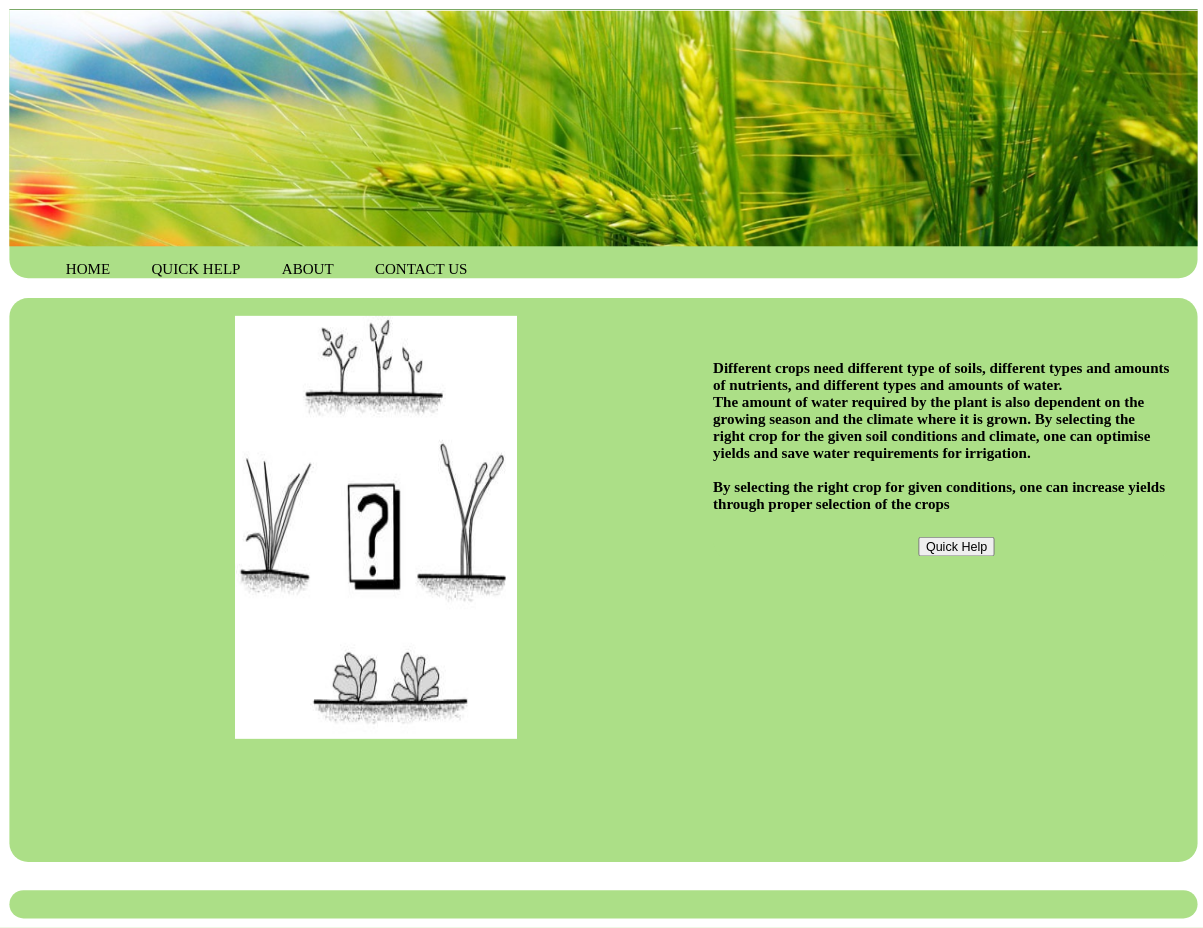
Repository: shivamtyagi1234/FarmoFriend
Page: http://localhost/FarmoFriend/
These files come from the project's save history. The page is drawn as it stood at one moment and after the next save; the edit follows.
The browser window is 1280 px wide. The pictures show the whole page, at 94% of full size.
The page is served by Tomcat 9. Other server files are loaded and not shown.

Above is the page before, as saved 2019-11-03 07:25:25.

### FarmoFriend/WebContent/home.jsp
<%@ page language="java" contentType="text/html; charset=ISO-8859-1"
    pageEncoding="ISO-8859-1"%>
<!DOCTYPE html PUBLIC "-//W3C//DTD HTML 4.01 Transitional//EN" "http://www.w3.org/TR/html4/loose.dtd">
<html>
<head>
<meta http-equiv="Content-Type" content="text/html; charset=ISO-8859-1">
<title>home</title>

<style type="text/css">
#main
{
width: 100%;
height: 100%;
border: 2px solid white;
}
#homeHead
{
background-color: #ACDF87;
border-radius:0px 0px 20px 20px;
}
#blank1
{
width: 100%;
height: 5px;
}
#homeBody
{
background-color: #ACDF87;
border-top:2px solid;
width: 100%;
height: 600px;
border: 2px;
border-color:limegreen;
border-radius:20px 20px 20px 20px;
}
#homeImage
{
height: 100%;
width: 50%;
}
#homeContent
{
height: 100%;
width: 50%;
}
#homeBody img
{
height:450px;
width:300px;
padding-left: 38%;
padding-top: 3%;
}
#QuickHelp
{
border:2px;
border-color: #ACDF87;
padding-top:1%;
padding-left: 45%;
padding-bottom:1%;
background-color: #ACDF87;
border-radius:0px 0px 20px 20px;
}
#blank2
{
width: 100%;
height:30px;
}
</style>
</head>
<body >
<div id="main">
<div id="homeHead">
<jsp:include page="header.jsp"></jsp:include>
</div>
<div id="blank1"></div>

<div id="homeBody">
	<div style="float: left; width: 50%"><img alt="home1" src="images\crop selection.jpg" ></div>
	<div style="float: right; text-align: left; text-decoration: blink; padding-right:30px; padding-top: 45px";>
	<p><h4>Different crops need different type of soils, different types and amounts
	<br>of nutrients, and different types and amounts of water.
	<br>The amount of water required by the plant is also dependent on the
	<br>growing season and the climate where it is grown. By selecting the
	<br>right crop for the given soil conditions and climate, one can optimise
	<br> yields and save water requirements for irrigation.<br>
	<br>By selecting the right crop for given conditions, one can increase yields
	<br>through proper selection of the crops</h4></p>
	<div id="QuickHelp">
<a href="voterLogin.jsp"><button>Quick Help</button></a>
</div>
	</div>




</div>
<div id="blank2"></div>
<div id="homeFoot">
<jsp:include page="footer.jsp"></jsp:include>
</div>
</div>
</body>
</html>

### FarmoFriend/WebContent/header.jsp
<%@ page language="java" contentType="text/html; charset=ISO-8859-1"
    pageEncoding="ISO-8859-1"%>
<!DOCTYPE html PUBLIC "-//W3C//DTD HTML 4.01 Transitional//EN" "http://www.w3.org/TR/html4/loose.dtd">
<head>
<meta http-equiv="Content-Type" content="text/html; charset=ISO-8859-1">
<title>result</title>
<style>
#header
{
height: 25%;
width: 100%;
}
#header ul
{
list-style-type: none;
}
#header ul li
{
display: inline;
margin-bottom: 10px;
padding: 20px;
}
#header ul li a
{
text-decoration: none;
color: black;
}
</style>
</head>
<body>
<div id="header">
	<img src="images\head.png" width="100%">
	<ul>
	<li><a href="home.jsp">HOME</a></li>
	<li><a href="registration.jsp">QUICK HELP</a></li>
	<li><a href="voterLogin.jsp">ABOUT</a></li>
	<li><a href="result.jsp">CONTACT US</a></li>
</ul>
</div>
</body>
</html>

### FarmoFriend/WebContent/footer.jsp
<%@ page language="java" contentType="text/html; charset=ISO-8859-1"
    pageEncoding="ISO-8859-1"%>
<!DOCTYPE html PUBLIC "-//W3C//DTD HTML 4.01 Transitional//EN" "http://www.w3.org/TR/html4/loose.dtd">
<html>
<head>
<meta http-equiv="Content-Type" content="text/html; charset=ISO-8859-1">

<title>FOOTER</title>
<style type="text/css">
#footer
{
width: 100%;
height: 30px;
background-color: #ACDF87;
border-radius:20px 20px 20px 20px;
}
</style>
</head>
<body>
<div id="footer">

</div>
</body>
</html>

After the next save:
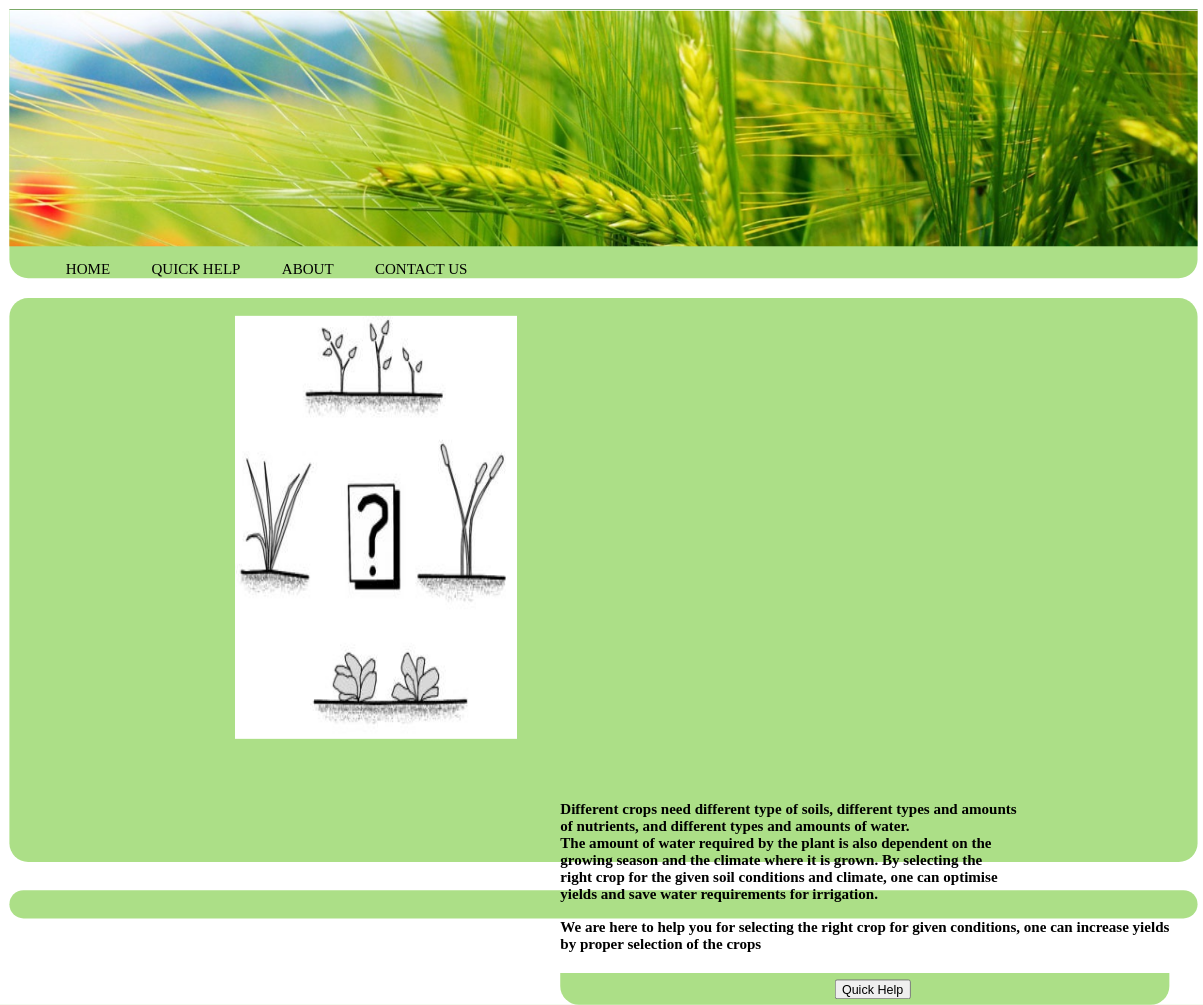
Saved 73 s later.
--- a/FarmoFriend/WebContent/home.jsp
+++ b/FarmoFriend/WebContent/home.jsp
@@ -83,8 +83,8 @@ height:30px;
 	<br>growing season and the climate where it is grown. By selecting the
 	<br>right crop for the given soil conditions and climate, one can optimise
 	<br> yields and save water requirements for irrigation.<br>
-	<br>By selecting the right crop for given conditions, one can increase yields
-	<br>through proper selection of the crops</h4></p>
+	<br>We are here to help you for selecting the right crop for given conditions, one can increase yields
+	<br>by proper selection of the crops</h4></p>
 	<div id="QuickHelp">
 <a href="voterLogin.jsp"><button>Quick Help</button></a>
 </div>
